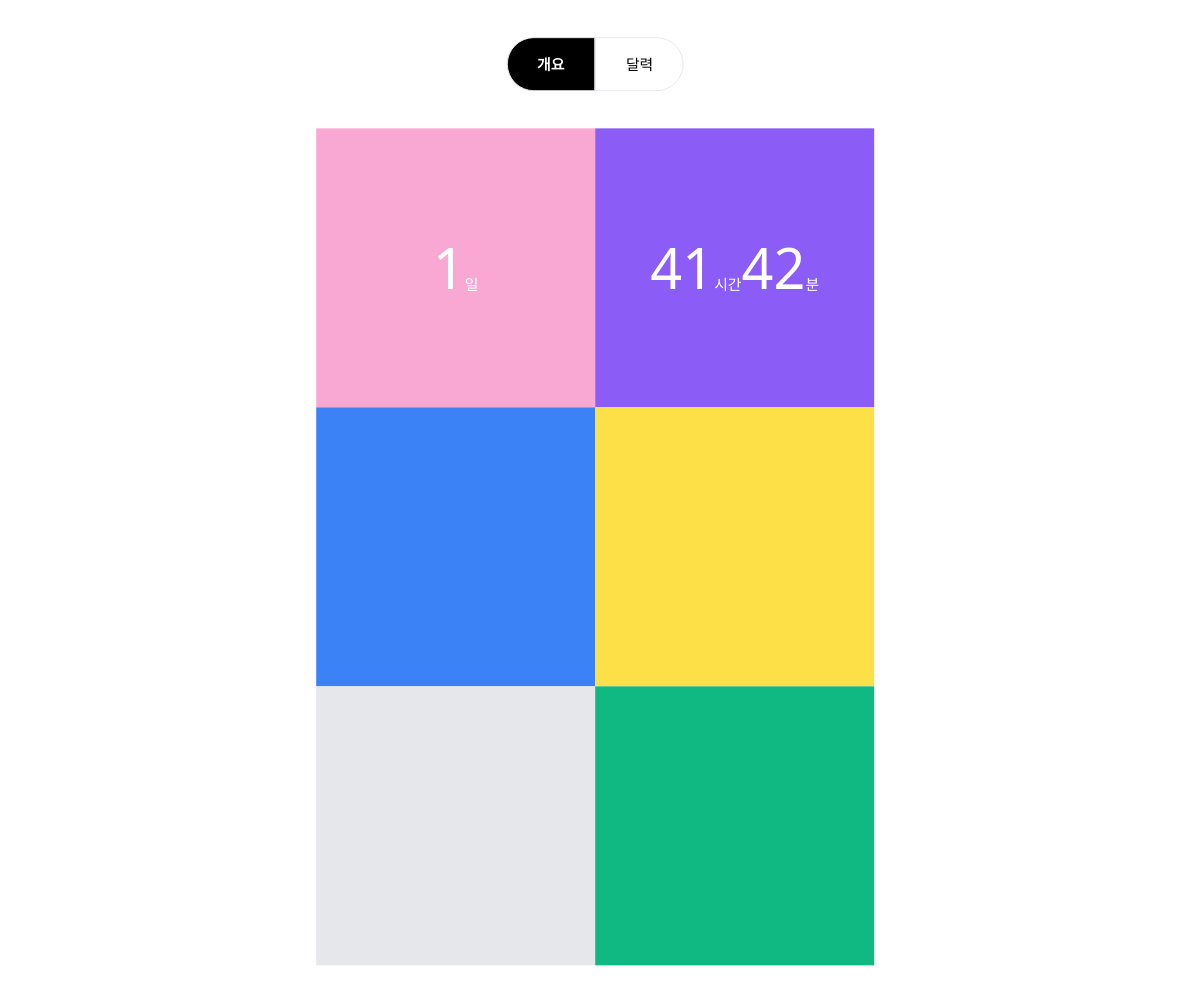
Repository: honey-punch/my-alcohol
Page: /
An editor plug-in stored every save of this project. The page is shown before and after the next save, followed by the edit.
The browser window is 1280 px wide. The pictures show the whole page, at 93% of full size.
The project was rebuilt for these pictures with package versions that can differ from the ones it lists, and the page was loaded fresh each time. The framework's server and built-in components were replaced by stand-ins that run in the browser. Also part of the build but not shown: next.config.ts, src/app/_component/Calendar.tsx.

Above is the page before, as saved 2025-02-10 15:58:03.

After the next save:
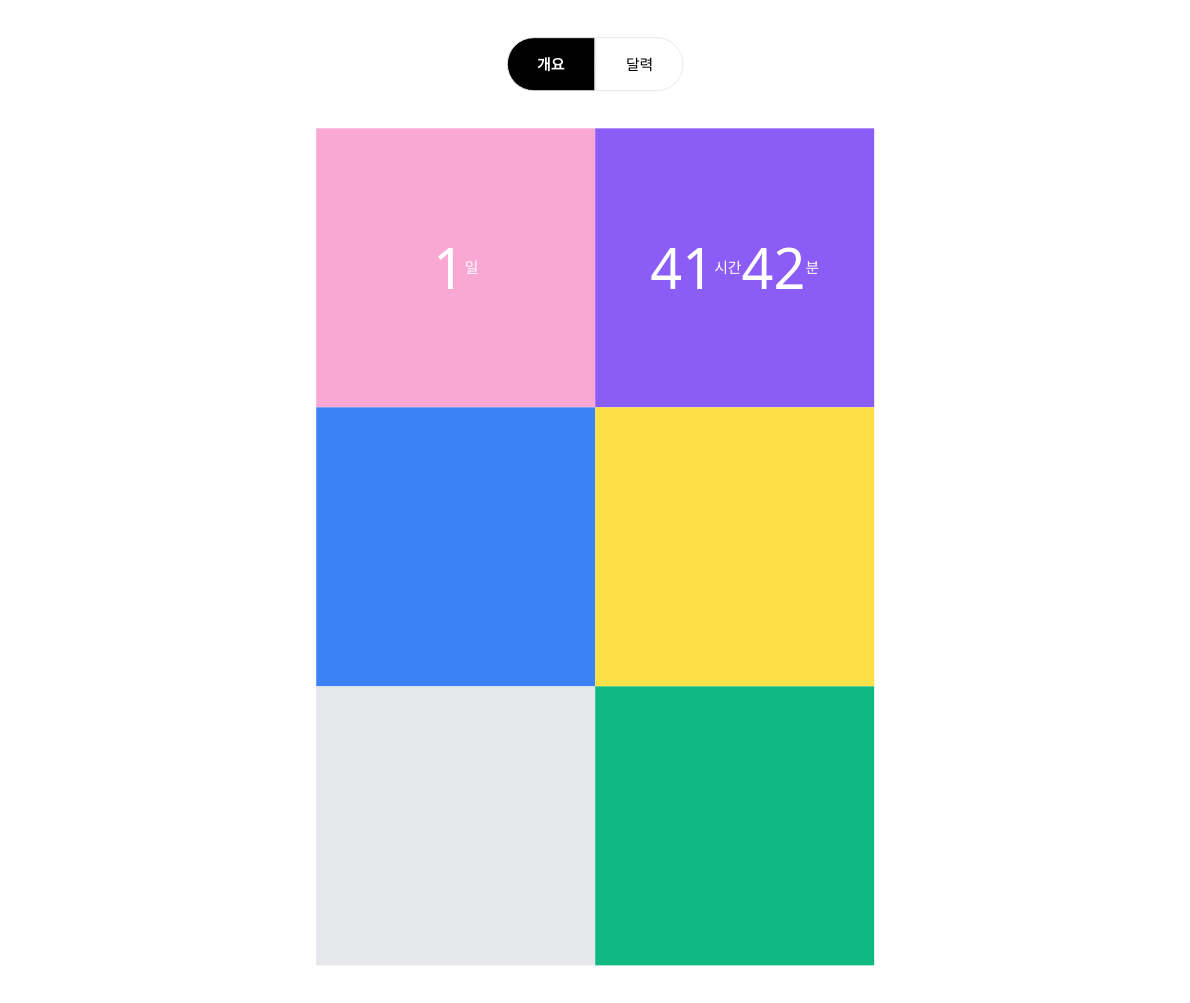
Saved 15 s later.
--- a/src/app/_component/Summary.tsx
+++ b/src/app/_component/Summary.tsx
@@ -18,21 +18,17 @@ export default function Summary() {
         style={{ width: `${BOX_SIZE}px`, height: BOX_SIZE }}
         className="bg-pink-300 text-white flex justify-center items-center"
       >
-        <div className="flex items-end">
-          <span className="text-6xl">{diffDay}</span>
-          <span>일</span>
-        </div>
+        <span className="text-6xl">{diffDay}</span>
+        <span>일</span>
       </div>
       <div
         style={{ width: `${BOX_SIZE}px`, height: BOX_SIZE }}
         className="bg-violet-500 text-white flex justify-center items-center"
       >
-        <div className="flex items-end">
-          <span className="text-6xl">{diffTime.diffHour}</span>
-          <span className="">시간</span>
-          <span className="text-6xl">{diffTime.diffMin}</span>
-          <span className="">분</span>
-        </div>
+        <span className="text-6xl">{diffTime.diffHour}</span>
+        <span className="">시간</span>
+        <span className="text-6xl">{diffTime.diffMin}</span>
+        <span className="">분</span>
       </div>
       <div
         style={{ width: `${BOX_SIZE}px`, height: BOX_SIZE }}
